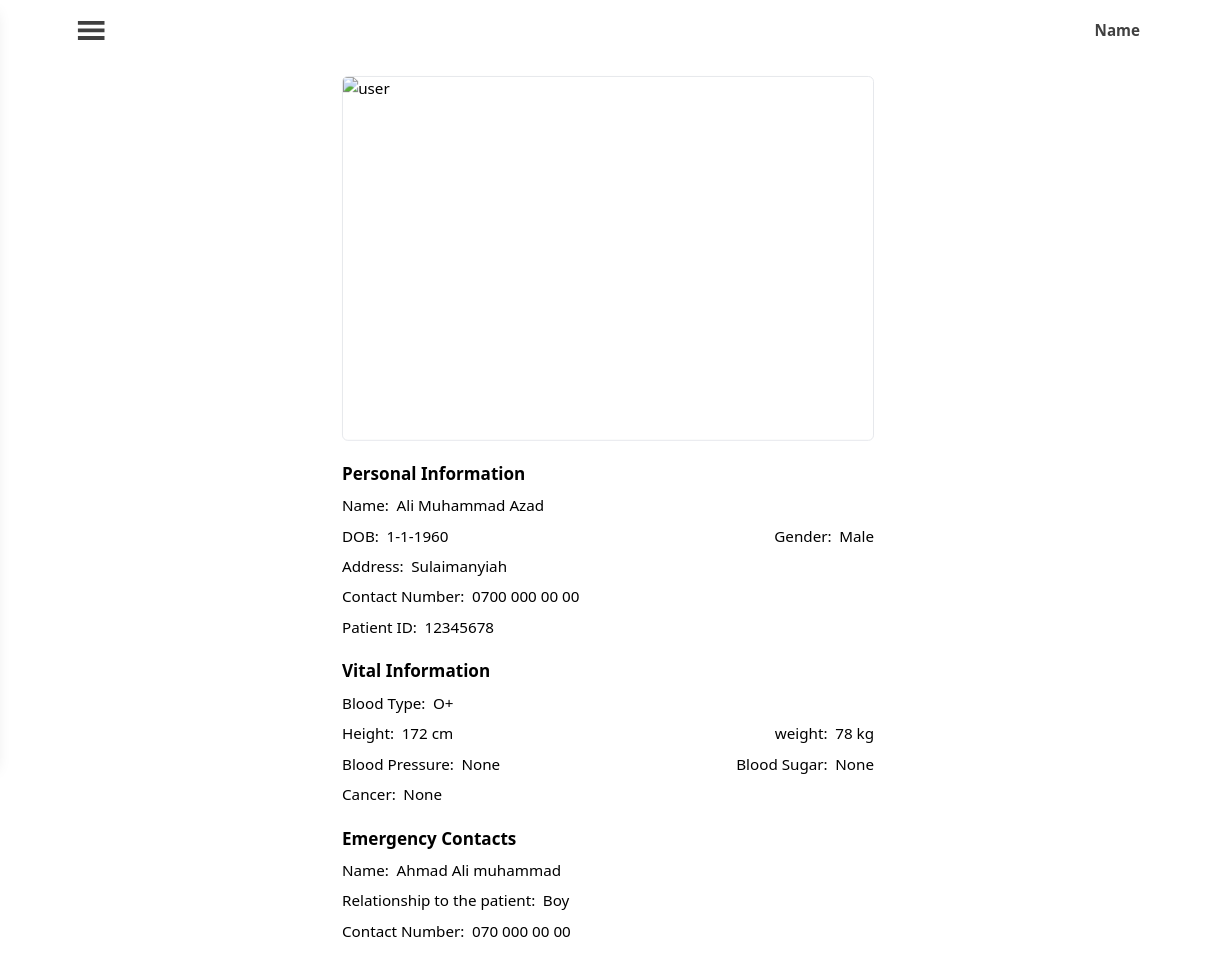
Repository: Sanaa00/HI-user
Page: /home
These files come from the project's save history. The page is drawn as it stood at one moment and after the next save; the edit follows.
The browser window is 1280 px wide. The pictures show the whole page, at 95% of full size.
The page's requests for data from a server got no answer. The project was rebuilt for these pictures with package versions that can differ from the ones it lists, and the page was loaded fresh each time. No one was signed in, and anything a server would have sent is missing. Also part of the build but not shown: vite.config.js, src/App.css, src/Pages/Prescription.jsx, src/Components/modalComponent.jsx, src/Components/Pagination.jsx, src/Pages/Laboratory.jsx, src/Pages/Radiographic.jsx, src/Components/InputField.jsx and 2 more.

Above is the page before, as saved 2024-01-12 14:44:49.

### src/main.jsx
import React from 'react';
import ReactDOM from 'react-dom/client';
import App from './App.jsx';
import './index.css';
import Modal from 'react-modal';
import { BrowserRouter } from 'react-router-dom';
Modal.setAppElement('#root');
ReactDOM.createRoot(document.getElementById('root')).render(
  <React.StrictMode>
    <BrowserRouter>
      {/* <Provider store={store}> */}
      <App />
      {/* </Provider>{' '} */}
    </BrowserRouter>
  </React.StrictMode>,
);

### src/App.jsx
import { Route, Routes } from 'react-router-dom';
import './App.css';
import Home from './Pages/Home';
// import Test from './Pages/Test';
import Navbar from './Components/Navbar';
import Prescription from './Pages/Prescription';
import Laboratory from './Pages/Laboratory';
import Radiographic from './Pages/Radiographic';
import ModalComponent from './Components/modalComponent';
import Login from './Pages/Login';
import SignUp from './Pages/SignUp';

function App() {
  return (
    <>
      <Navbar />
      <Routes>
        <Route path="/home" element={<Home />} />
        <Route path="/laboratory" element={<Laboratory />}>
          <Route path=":id" element={<ModalComponent />} />
        </Route>
        <Route path="/Radiographic" element={<Radiographic />} />
        <Route path="/Prescription" element={<Prescription />} />
        <Route path="/" element={<Login />} />
        <Route path="/signup" element={<SignUp />} />
        {/* <Route path="products" element={<Products />} />
          <Route path="setting" element={<Setting />} />
          <Route path="hide" element={<HideProducts />} /> */}
        {/* </Route> */}
      </Routes>
    </>
  );
}

export default App;

### src/Pages/Home.jsx
import { useEffect, useState } from 'react';
import { supabase } from '../supabaseClient';
function Home() {
  const [data, setData] = useState([]);

  useEffect(() => {
    const fetchData = async () => {
      const { data, error } = await supabase
        .from('personInformation')
        .select('*') // Select all columns, you can specify specific columns if needed
        .eq('id', 34567890)
        .single();
      console.log('first', data);
      if (error) console.log('Error', error);
      else setData(data);
    };

    fetchData();
  }, []);
  return (
    <div className="mt-16 min-h-screen p-4 sm:px-10 md:px-20  flex flex-col lg:items-center">
      <div>{console.log(data)}</div>
      <img
        className="object-cover w-full rounded-md h-60 border lg:w-1/2 lg:h-96"
        src={data.userImage}
        alt="user"
      />
      <div className="mt-5 font-bold text-lg lg:w-1/2">
        Personal Information
      </div>
      <div className="mt-2 lg:w-1/2">
        <span>Name:</span>
        <span className="ml-2">Ali Muhammad Azad</span>
      </div>{' '}
      <div className="mt-2 flex justify-between items-center lg:w-1/2">
        <span>
          {' '}
          <span>DOB:</span>
          <span className="ml-2">1-1-1960</span>
        </span>{' '}
        <span>
          {' '}
          <span>Gender:</span>
          <span className="ml-2">Male</span>
        </span>
      </div>{' '}
      {/* ******************** */}
      <div className="mt-2 flex justify-between items-center lg:w-1/2">
        <span>
          {' '}
          <span>Address:</span>
          <span className="ml-2">Sulaimanyiah</span>
        </span>
      </div>
      {/* ****************** */}
      <div className="mt-2 flex justify-between items-center lg:w-1/2">
        <span>
          {' '}
          <span>Contact Number:</span>
          <span className="ml-2">0700 000 00 00</span>
        </span>{' '}
      </div>{' '}
      <div className="mt-2 flex justify-between items-center lg:w-1/2">
        <span>
          {' '}
          <span>Patient ID:</span>
          <span className="ml-2">12345678</span>
        </span>{' '}
      </div>
      {/* **********vital information*********** */}
      <div className="mt-5 font-bold text-lg lg:w-1/2">Vital Information</div>
      <div className="mt-2 flex justify-between items-center lg:w-1/2">
        <span>
          {' '}
          <span>Blood Type:</span>
          <span className="ml-2">O+</span>
        </span>{' '}
      </div>{' '}
      <div className="mt-2 flex justify-between items-center lg:w-1/2">
        <span>
          {' '}
          <span>Height:</span>
          <span className="ml-2">172 cm</span>
        </span>{' '}
        <span>
          {' '}
          <span>weight:</span>
          <span className="ml-2">78 kg</span>
        </span>{' '}
      </div>{' '}
      <div className="mt-2 flex justify-between items-center lg:w-1/2">
        <span>
          {' '}
          <span>Blood Pressure:</span>
          <span className="ml-2">None</span>
        </span>{' '}
        <span>
          {' '}
          <span>Blood Sugar:</span>
          <span className="ml-2">None</span>
        </span>{' '}
      </div>{' '}
      <div className="mt-2 flex justify-between items-center lg:w-1/2">
        <span>
          {' '}
          <span>Cancer:</span>
          <span className="ml-2">None</span>
        </span>{' '}
      </div>{' '}
      {/* ***************Emergency Contacts********** */}
      <div className="mt-5 font-bold text-lg lg:w-1/2">Emergency Contacts</div>
      <div className="mt-2 flex justify-between items-center lg:w-1/2">
        <span>
          {' '}
          <span>Name:</span>
          <span className="ml-2">Ahmad Ali muhammad</span>
        </span>{' '}
      </div>{' '}
      <div className="mt-2 flex justify-between items-center lg:w-1/2">
        <span>
          {' '}
          <span>Relationship to the patient:</span>
          <span className="ml-2">Boy</span>
        </span>{' '}
      </div>{' '}
      <div className="mt-2 mb-5 flex justify-between items-center lg:w-1/2">
        <span>
          {' '}
          <span>Contact Number:</span>
          <span className="ml-2">070 000 00 00</span>
        </span>{' '}
      </div>
    </div>
  );
}

export default Home;

### src/Components/Navbar.jsx
import { useState } from 'react';
import { Link, NavLink } from 'react-router-dom';
import { GiHamburgerMenu } from 'react-icons/gi';
import { IoCloseSharp } from 'react-icons/io5';
function Navbar() {
  const [open, setOpen] = useState(false);
  return (
    <div className="flex text-neutral-700 top-0 z-50 fixed px-4 sm:px-10 md:px-20 justify-between items-center bg-white h-16 w-full">
      <div
        className={` flex justify-between hover:bg-opacity-80 duration-500 hover:duration-500 items-center w-full h-full text-lg font-bold`}
      >
        <button onClick={() => setOpen(!open)} className="">
          <GiHamburgerMenu className="w-8 h-8" />
        </button>{' '}
        <div
          className={` bg-white rounded-sm  flex flex-col fixed w-4/5 lg:w-96 top-0 z-40 left-0 shadow-lg transform duration-500 ease-in-out ${
            open ? 'translate-x-0' : '-translate-x-full'
          }`}
        >
          <button
            onClick={() => setOpen(!open)}
            className="mt-3 mb-2 left-0 px-3 flex h-16"
          >
            <IoCloseSharp className="w-9 h-9" />
          </button>

          <div className="w-full h-screen flex flex-col text-orange p-4">
            <Link to="/home" onClick={() => setOpen(!open)} className="pb-3">
              Person Information
            </Link>
            <Link
              to="/Radiographic"
              onClick={() => setOpen(!open)}
              className="py-3"
            >
              Radiographic examination
            </Link>
            <Link
              to="/laboratory"
              onClick={() => setOpen(!open)}
              className="py-3"
            >
              Laboratory examination
            </Link>
            <Link
              to="/Prescription"
              onClick={() => setOpen(!open)}
              className="py-3"
            >
              Prescription
            </Link>
          </div>
        </div>
      </div>
      <NavLink to="/home" className="ml-2 font-bold">
        Name
      </NavLink>
    </div>
  );
}

export default Navbar;

### src/supabaseClient.js
import { createClient } from '@supabase/supabase-js';

const supabaseUrl =
    import.meta.env.VITE_REACT_APP_SUPABASE_URL;
const supabaseAnonKey =
    import.meta.env.VITE_REACT_APP_SUPABASE_ANON_KEY;

export const supabase = createClient(supabaseUrl, supabaseAnonKey);

Loaded but not shown: index.html (common file); src/index.css (common file); tailwind.config.js (common file)

After the next save:
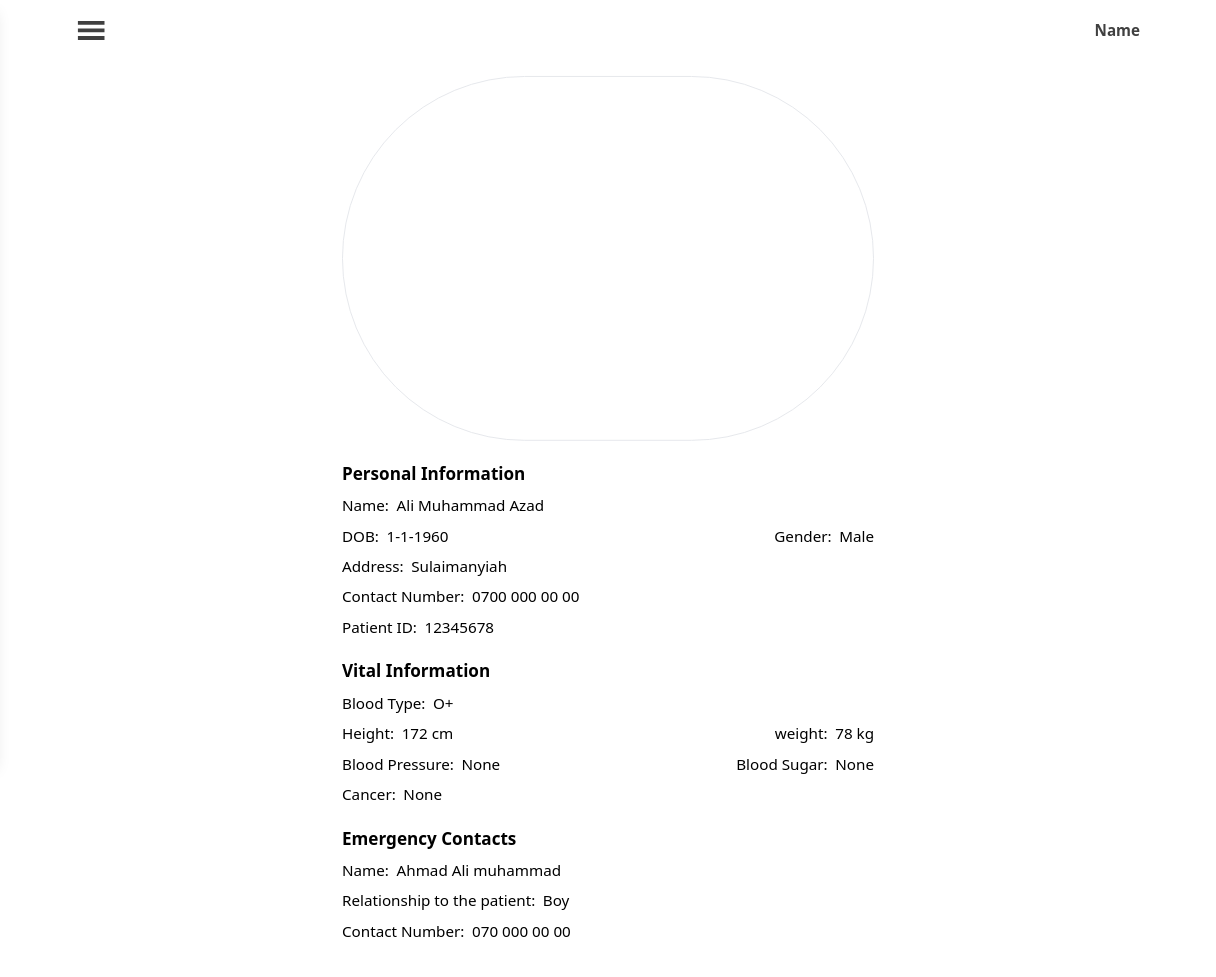
Saved 9 s later.
--- a/src/Pages/Home.jsx
+++ b/src/Pages/Home.jsx
@@ -21,7 +21,7 @@ function Home() {
     <div className="mt-16 min-h-screen p-4 sm:px-10 md:px-20  flex flex-col lg:items-center">
       <div>{console.log(data)}</div>
       <img
-        className="object-cover w-full rounded-md h-60 border lg:w-1/2 lg:h-96"
+        className="object-cover w-full rounded-full h-60 border lg:w-1/2 lg:h-96"
         src={data.userImage}
         alt="user"
       />
